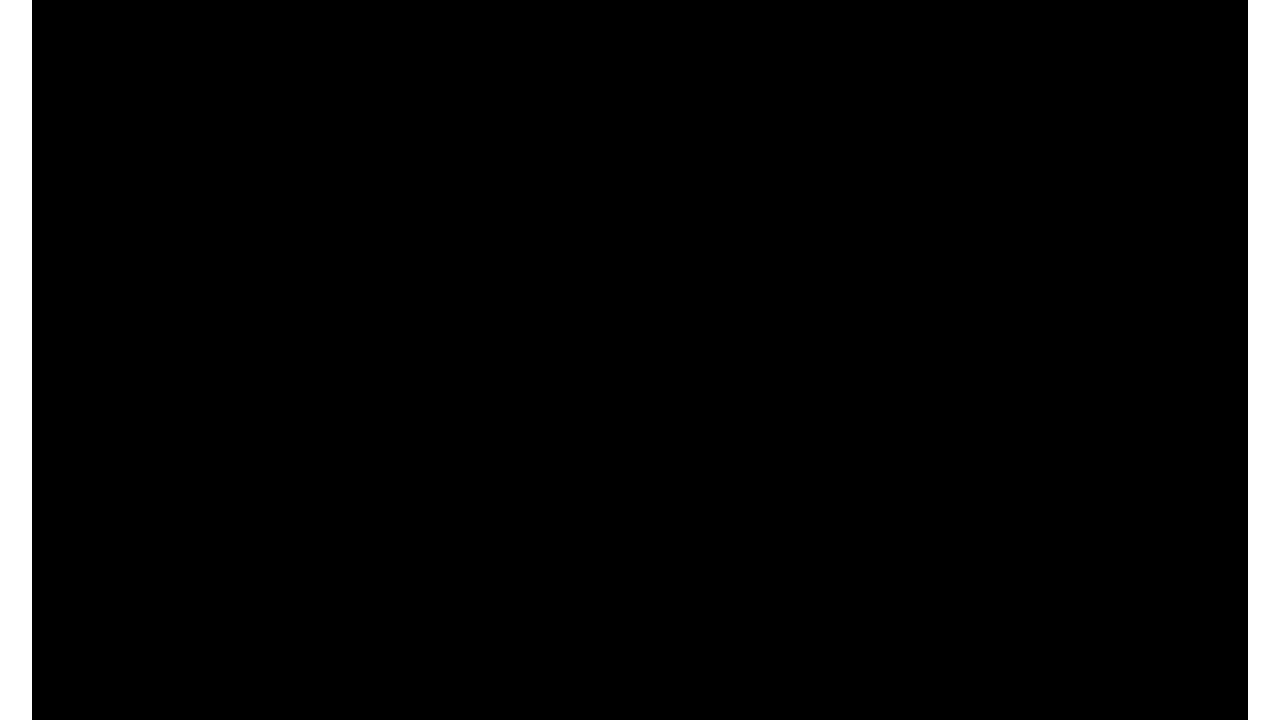
Repository: SoutMatine/Bud-online
Page: index.html
The author's editor kept a copy of each file at every save. The page is drawn from the files as they stood at one save, then again after the next save.
The browser window is 1280 px wide. The pictures show the whole page.
Some web libraries are served in a nearby version.

Above is the page before, as saved 2026-05-20 15:07:05.

### index.html
<!DOCTYPE html>
<html lang="en">

<head>
    <meta charset="UTF-8">
    <meta name="viewport" content="width=device-width, initial-scale=1.0">
    <title>Document</title>
    <link rel="stylesheet" href="/assets/css/base.css">
    <script src="https://cdn.jsdelivr.net/npm/gsap@3.15/dist/gsap.min.js"></script>
    <script src="https://cdn.jsdelivr.net/npm/gsap@3.15/dist/ScrollTrigger.min.js"></script>
</head>

<body>

    <div class="main-container">
    </div>


    <script src="/assets/js/animation.js"></script>
</body>

</html>

### assets/css/base.css
@layer normalize, styles;

@import url('styles.css') layer(styles);
@import url('normalize.css') layer(normalize);

### assets/js/animation.js
document.addEventListener("DOMContentLoaded", (event) => {
    gsap.registerPlugin(ScrollTrigger);
})

### assets/css/styles.css
h1,
h2,
h3,
p,
a,
span,
br,
ul,
li {
    margin: 0;
    padding: 0;
}

.main-container {
    width: 95dvw;
    height: 100dvh;
    background-color: black;
    margin: 0 auto;
}

Loaded but not shown: assets/css/normalize.css (library)

After the next save:
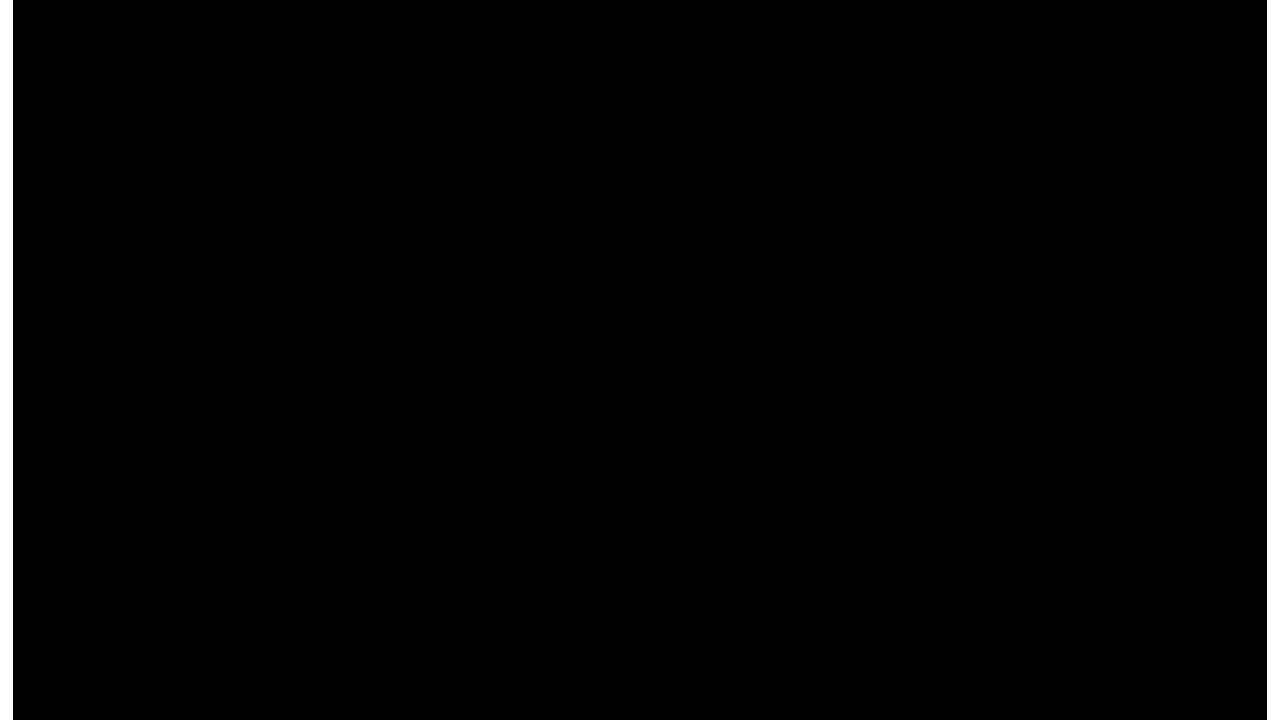
Saved 7 s later.
--- a/assets/css/styles.css
+++ b/assets/css/styles.css
@@ -12,7 +12,7 @@
 }
 
 .main-container {
-    width: 95dvw;
+    width: 98dvw;
     height: 100dvh;
     background-color: black;
     margin: 0 auto;
